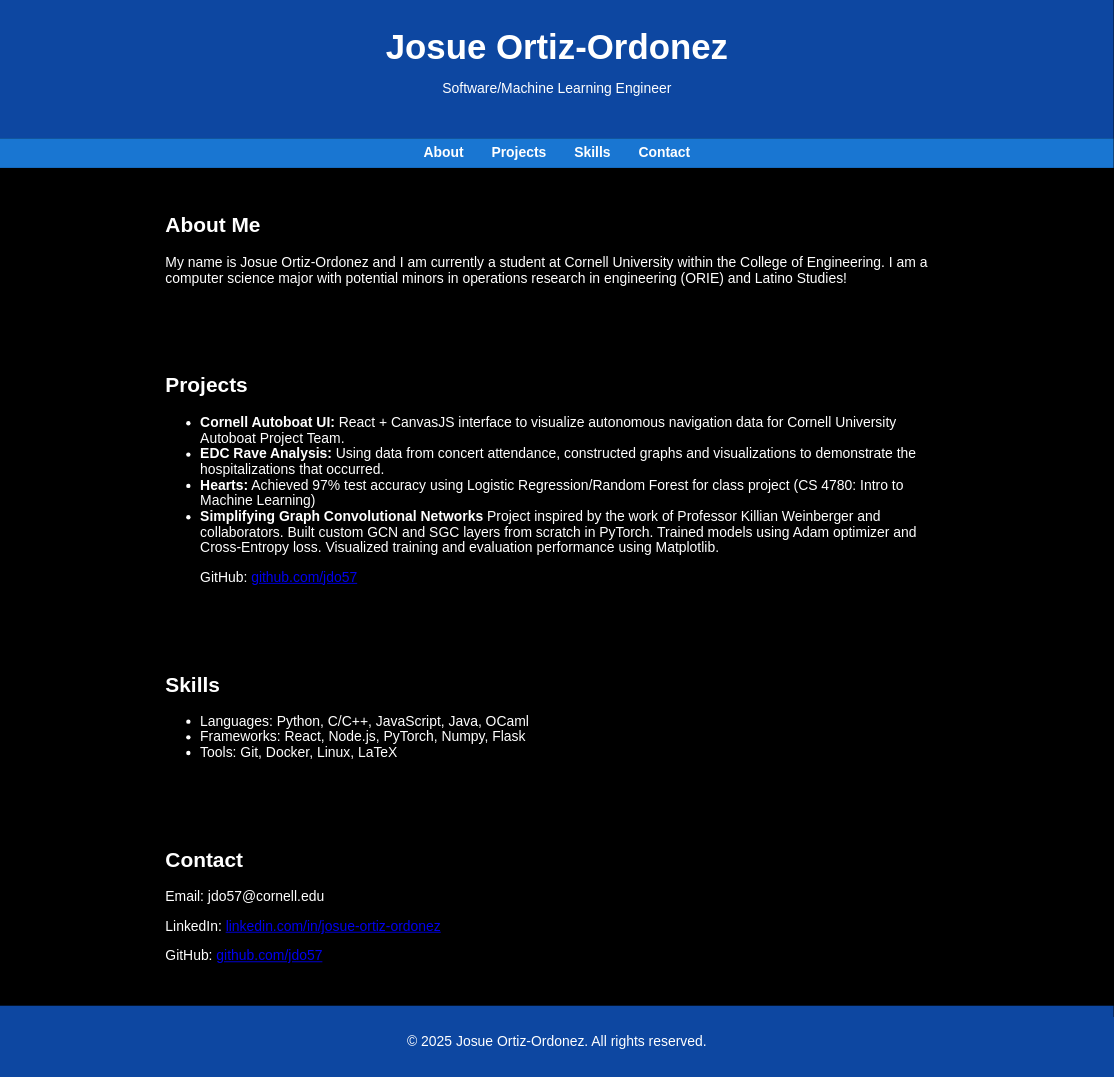
Repository: jdo57/Website
Page: index.html
An editor plug-in stored every save of this project. The page is shown before and after the next save, followed by the edit.
The browser window is 1280 px wide. The pictures show the whole page, at 87% of full size.

Above is the page before, as saved 2025-05-26 16:10:06.

After the next save:
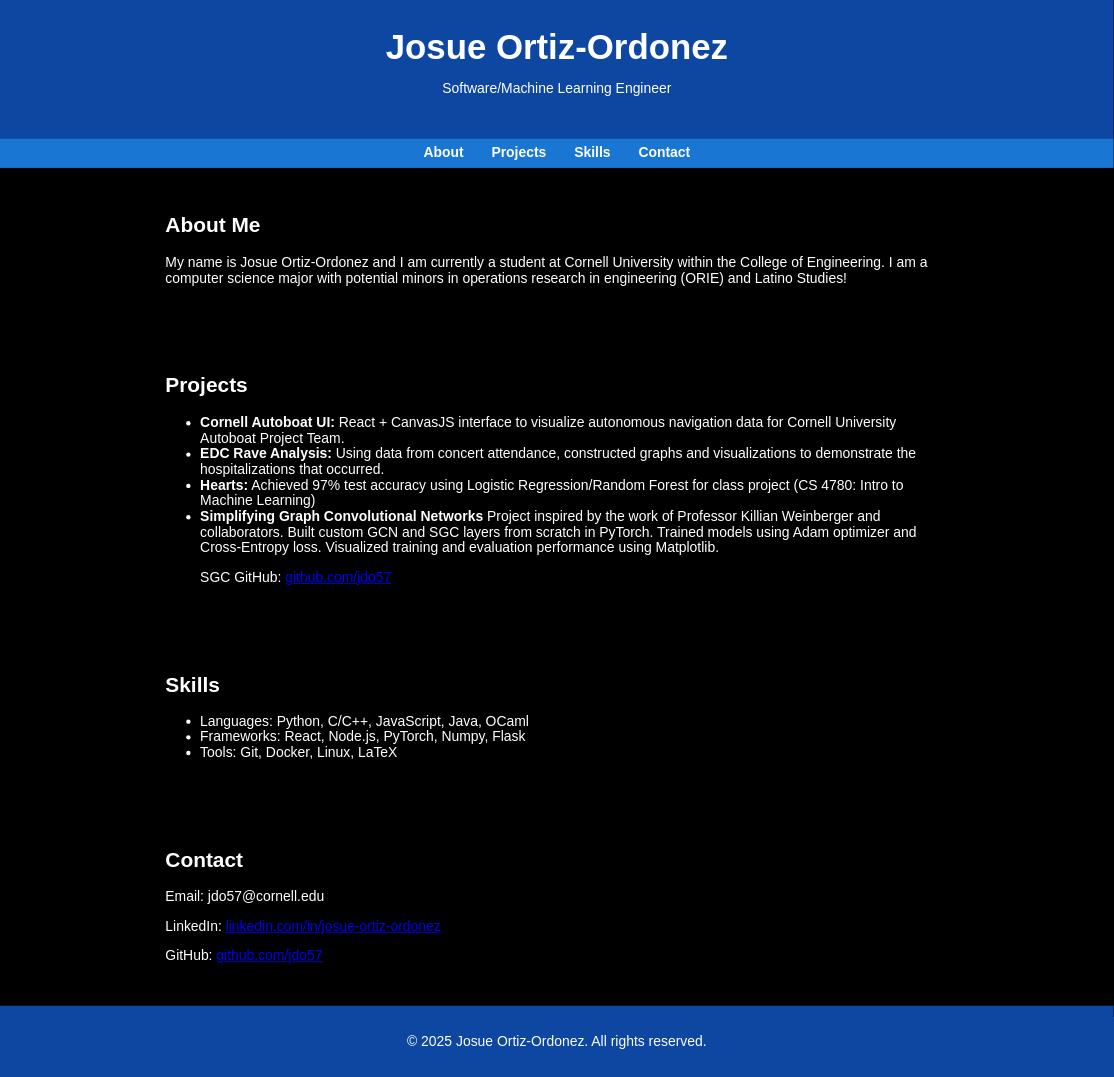
Saved 5 s later.
--- a/index.html
+++ b/index.html
@@ -98,7 +98,7 @@
         Built custom GCN and SGC layers from scratch in PyTorch. Trained models using Adam optimizer and Cross-Entropy loss.
         Visualized training and evaluation performance using Matplotlib.
 
-        <p>GitHub: <a href="https://github.com/jdo57" target="_blank">github.com/jdo57</a></p>
+        <p>SGC GitHub: <a href="https://github.com/jdo57" target="_blank">github.com/jdo57</a></p>
       </li>
 
     </ul>
